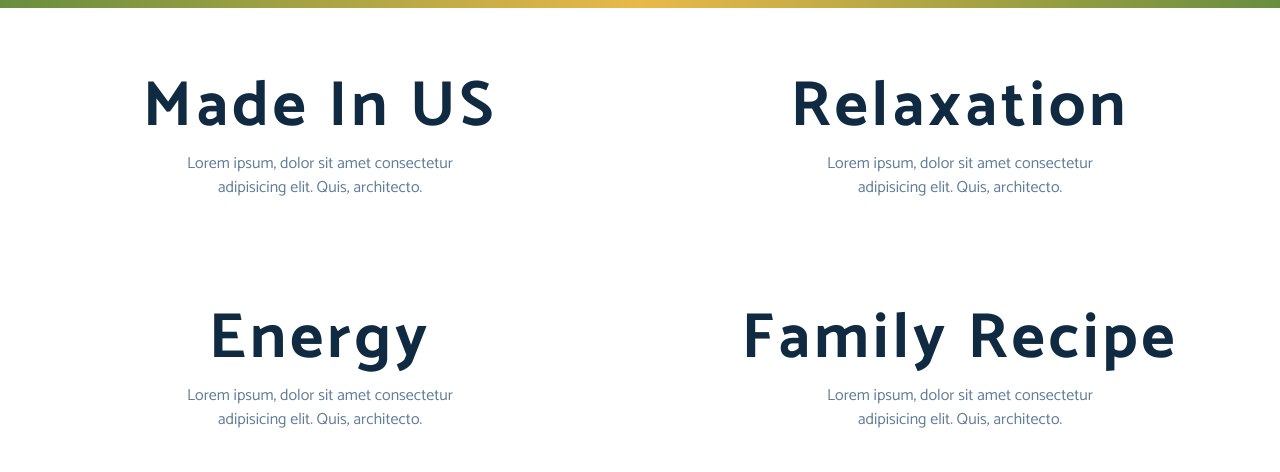
Repository: waniArif/tea-project
Page: index.html
An editor plug-in stored every save of this project. The page is shown before and after the next save, followed by the edit.
The browser window is 1280 px wide. The pictures show the part of the page from y = 720 to 1192 px (the page is 1192 px tall before and 1024 px after).
Some icons come from a web library that is not loaded, so they are not drawn. Backgrounds fixed to the window are drawn as part of the page. Some web fonts or font styles are not loaded; a fallback is used.

Above is the page before, as saved 2021-07-04 16:31:19.
Console error: TypeError: Cannot read properties of null (reading 'addEventListener')

After the next save:
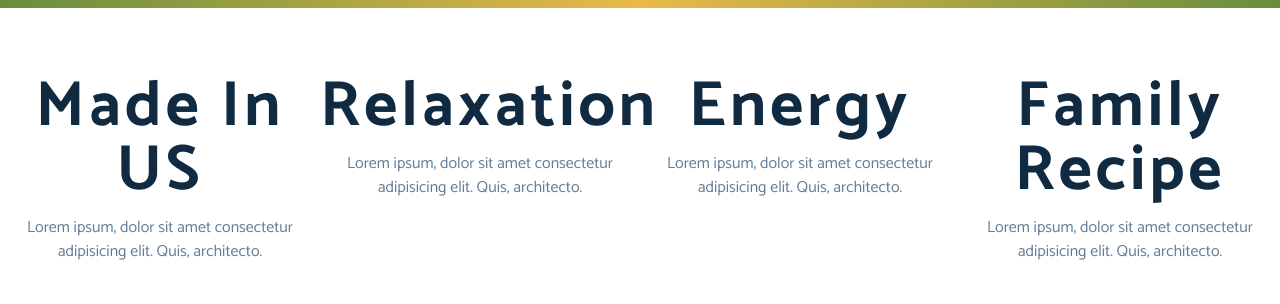
Saved 89 s later.
--- a/css/styles.css
+++ b/css/styles.css
@@ -221,3 +221,8 @@ Skills
     width: 50%;
   }
 }
+@media screen and (min-width: 1200px) {
+  .skill {
+    width: 25%;
+  }
+}
